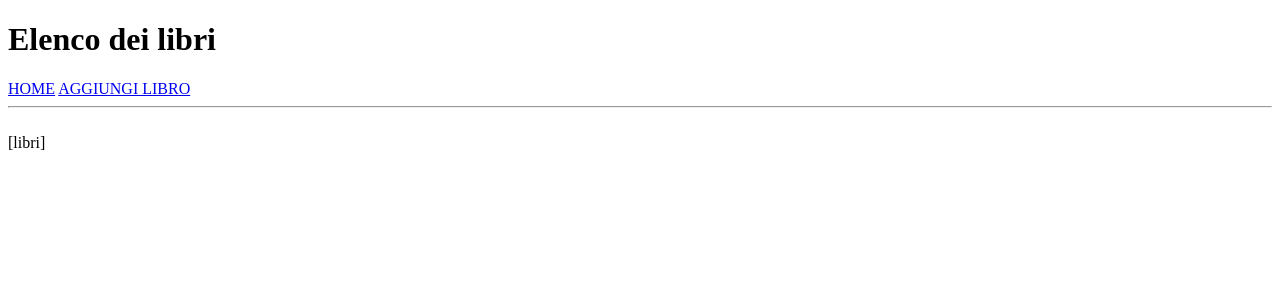
Repository: foferys/DynamicWebProject_DAOLibri_Mappe
Page: DynamicWebProject_DAOLibri_Mappe/WebContent/viste/elencolibri.html
These files come from the project's save history. The page is drawn as it stood at one moment and after the next save; the edit follows.
The browser window is 1280 px wide. The pictures show the whole page.

Above is the page before, as saved 2024-06-25 09:22:07.

After the next save:
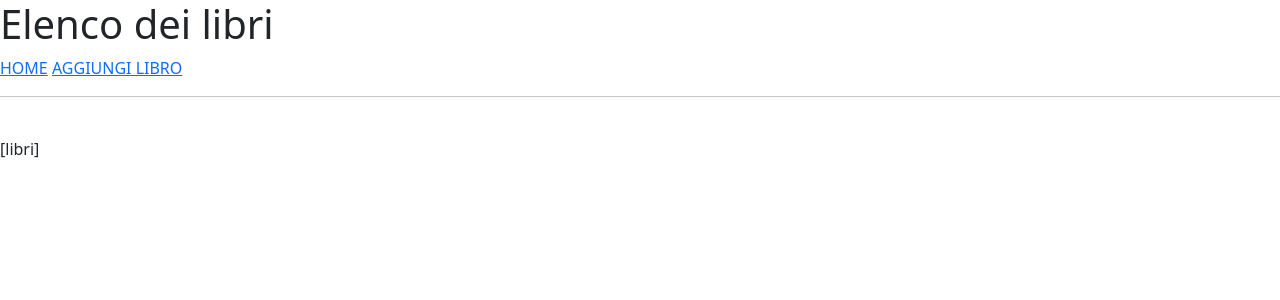
Saved 9 s later.
--- a/DynamicWebProject_DAOLibri_Mappe/WebContent/viste/elencolibri.html
+++ b/DynamicWebProject_DAOLibri_Mappe/WebContent/viste/elencolibri.html
@@ -3,6 +3,8 @@
 	<head>
 		<meta charset="UTF-8">
 		<title>Elenco libri</title>
+	    <link href="https://cdn.jsdelivr.net/npm/bootstrap@5.3.3/dist/css/bootstrap.min.css" rel="stylesheet" integrity="sha384-QWTKZyjpPEjISv5WaRU9OFeRpok6YctnYmDr5pNlyT2bRjXh0JMhjY6hW+ALEwIH" crossorigin="anonymous">
+
 	</head>
 	<body>
 		<h1>Elenco dei libri</h1>

After the save that followed:
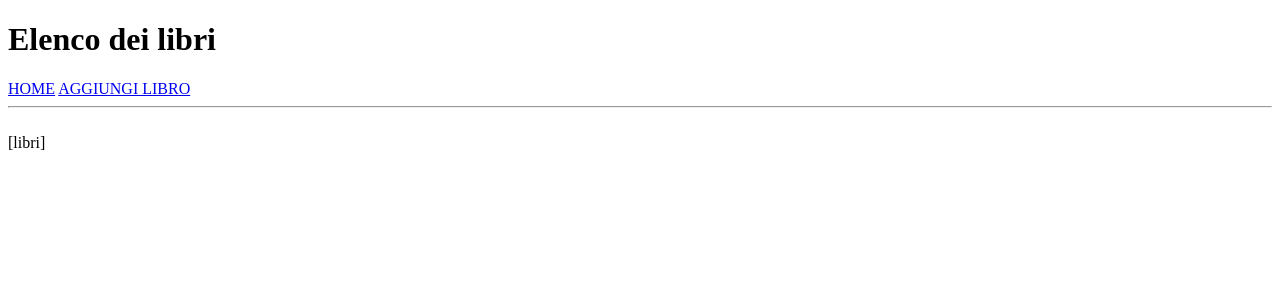
Saved 56 s later.
--- a/DynamicWebProject_DAOLibri_Mappe/WebContent/viste/elencolibri.html
+++ b/DynamicWebProject_DAOLibri_Mappe/WebContent/viste/elencolibri.html
@@ -3,8 +3,6 @@
 	<head>
 		<meta charset="UTF-8">
 		<title>Elenco libri</title>
-	    <link href="https://cdn.jsdelivr.net/npm/bootstrap@5.3.3/dist/css/bootstrap.min.css" rel="stylesheet" integrity="sha384-QWTKZyjpPEjISv5WaRU9OFeRpok6YctnYmDr5pNlyT2bRjXh0JMhjY6hW+ALEwIH" crossorigin="anonymous">
-
 	</head>
 	<body>
 		<h1>Elenco dei libri</h1>
@@ -13,8 +11,5 @@
 		<br><hr><br>
 
 		[libri]
-
-	    <script src="https://cdn.jsdelivr.net/npm/bootstrap@5.3.3/dist/js/bootstrap.bundle.min.js" integrity="sha384-YvpcrYf0tY3lHB60NNkmXc5s9fDVZLESaAA55NDzOxhy9GkcIdslK1eN7N6jIeHz" crossorigin="anonymous"></script>
-
 	</body>
 </html>
